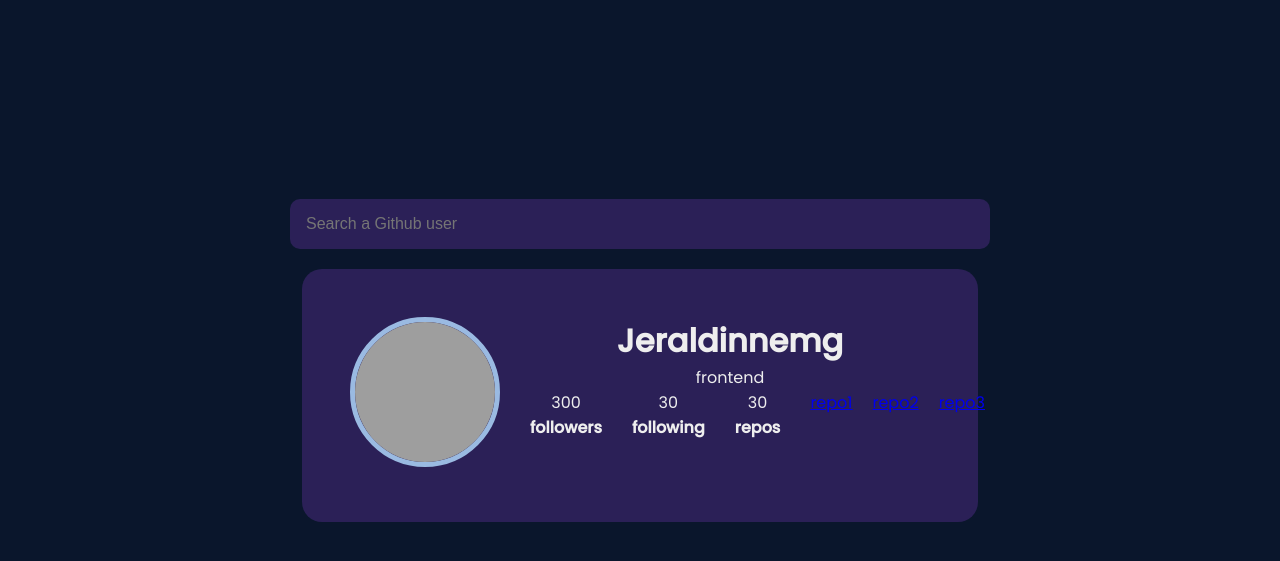
Repository: jeraldinnemg/githubprofile
Page: index.html
The author's editor kept a copy of each file at every save. The page is drawn from the files as they stood at one save, then again after the next save.
The browser window is 1280 px wide. The pictures show the whole page.
Pictures or frames that could not be fetched are drawn as grey boxes.

Above is the page before, as saved 2022-09-16 23:32:47.

After the next save:
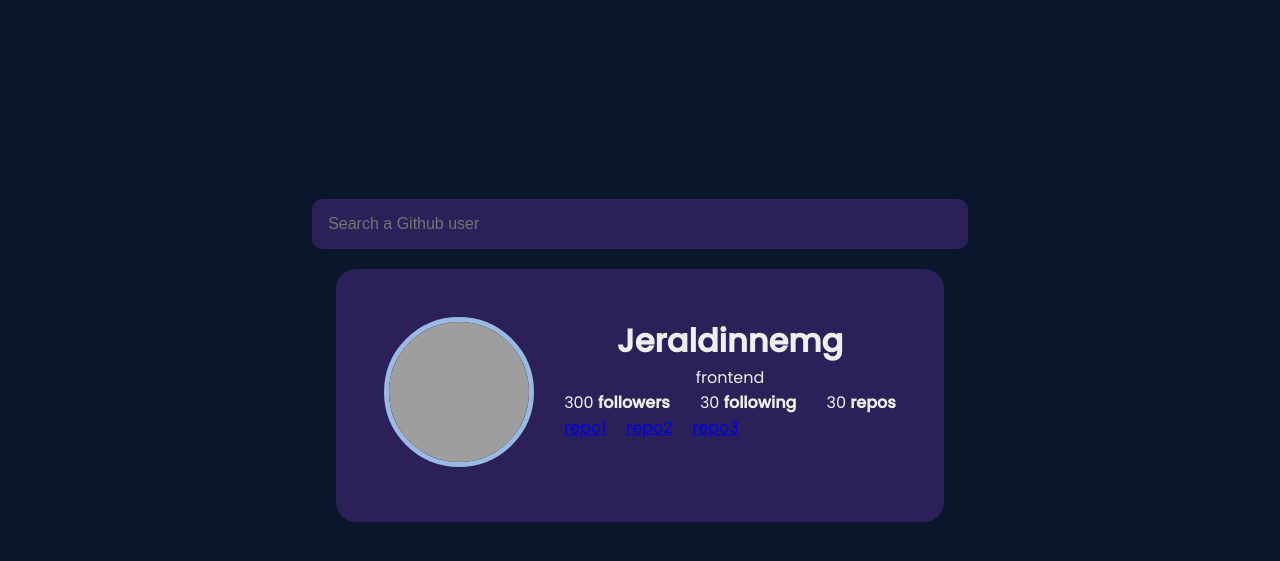
Saved 65 s later.
--- a/index.html
+++ b/index.html
@@ -26,6 +26,7 @@
                         <li>300 <strong>followers</strong></li>
                         <li>30 <strong>following</strong></li>
                         <li>30 <strong>repos</strong></li>
+                    </ul>
                 <div class="user-repos">
                     <a href="#" class="repo">repo1</a>
                     <a href="#" class="repo">repo2</a>
